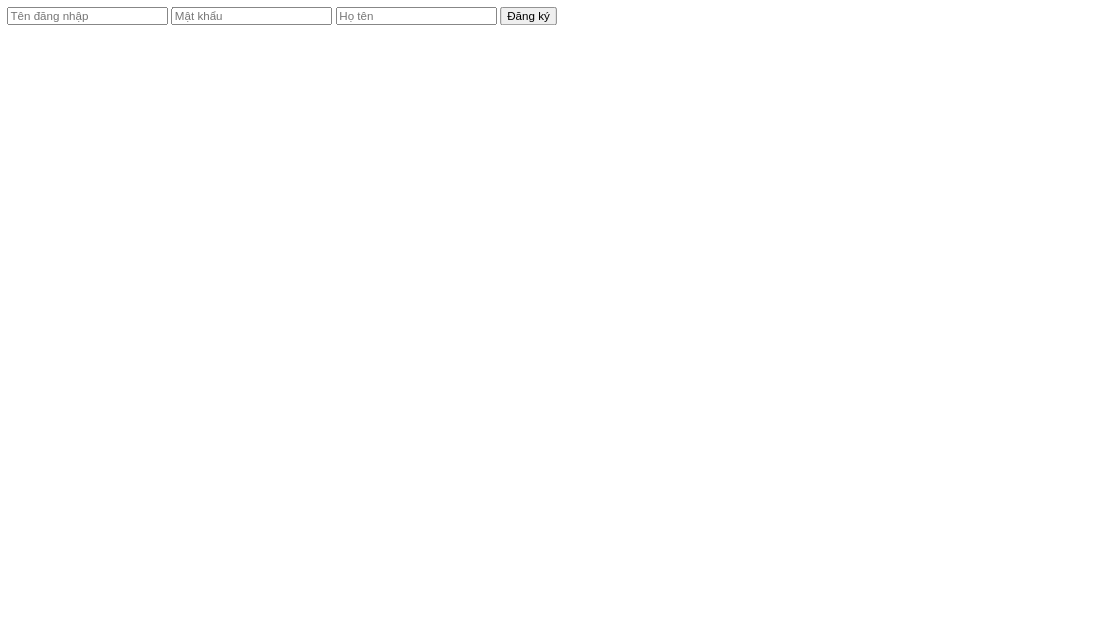
Repository: tuanloc782004/Plagiarism-Detection-System
Page: http://localhost/plagiarism-checker/register.jsp
An editor plug-in stored every save of this project. The page is shown before and after the next save, followed by the edit.
The browser window is 1280 px wide. The pictures show the whole page, at 87% of full size.
The page is served by Tomcat 9. Other server files are loaded and not shown.

Above is the page before, as saved 2025-05-26 08:12:55.

### plagiarism-checker/src/main/webapp/register.jsp
<%@ page language="java" contentType="text/html; charset=UTF-8"
	pageEncoding="UTF-8"%>
<!DOCTYPE html>
<html>
<head>
<meta charset="UTF-8">
<title>Insert title here</title>
</head>
<body>
	<form action="RegisterServlet" method="post">
		<input type="text" name="username" placeholder="Tên đăng nhập"
			required /> <input type="password" name="password"
			placeholder="Mật khẩu" required /> <input type="text"
			name="fullName" placeholder="Họ tên" required />
		<button type="submit">Đăng ký</button>
	</form>
	<c:if test="${not empty error}">
		<p style="color: red">${error}</p>
	</c:if>
</body>
</html>

Loaded but not shown: plagiarism-checker/src/main/webapp/assets/script.js (262 lines, source omitted); plagiarism-checker/src/main/webapp/assets/styles.css (1463 lines, source omitted)

After the next save:
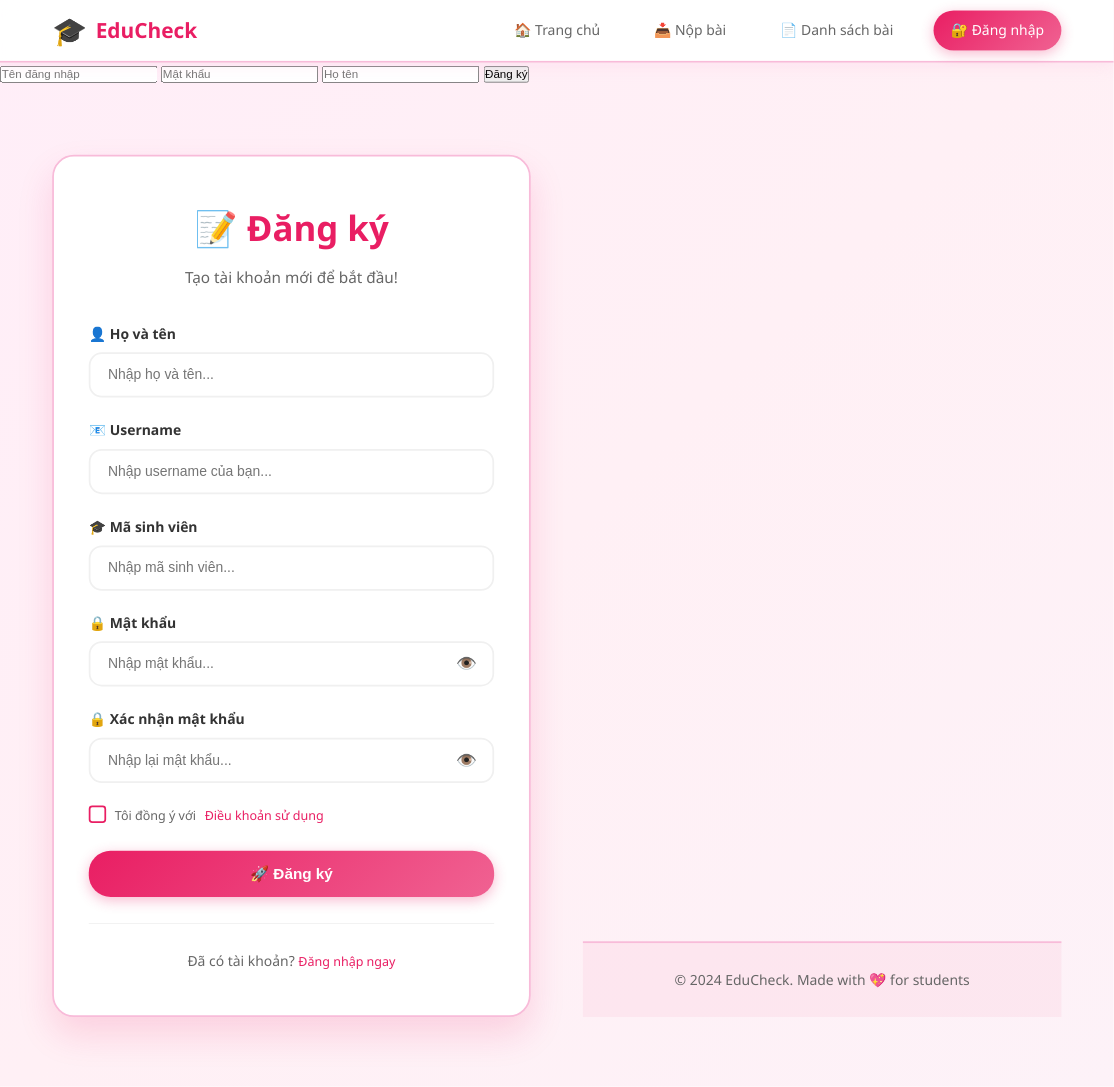
Saved 3 min 47 s later.
--- a/plagiarism-checker/src/main/webapp/register.jsp
+++ b/plagiarism-checker/src/main/webapp/register.jsp
@@ -1,12 +1,42 @@
 <%@ page language="java" contentType="text/html; charset=UTF-8"
 	pageEncoding="UTF-8"%>
+<%@ taglib uri="http://java.sun.com/jsp/jstl/core" prefix="c"%>
 <!DOCTYPE html>
 <html>
 <head>
 <meta charset="UTF-8">
-<title>Insert title here</title>
+<meta name="viewport" content="width=device-width, initial-scale=1.0">
+<title>EduCheck | Đăng ký</title>
+<link rel="stylesheet" href="assets/styles.css">
 </head>
 <body>
+	<nav class="navbar">
+		<div class="nav-container">
+			<div class="nav-logo">
+				<span class="logo-icon">🎓</span> <span class="logo-text">EduCheck</span>
+			</div>
+			<ul class="nav-menu" id="nav-menu">
+				<li><a href="home.jsp" class="nav-link">🏠 Trang chủ</a></li>
+				<li><a href="upload.jsp" class="nav-link">📥 Nộp bài</a></li>
+				<li><a href="essay_list.jsp" class="nav-link">📄 Danh sách
+						bài</a></li>
+				<c:choose>
+					<c:when test="${not empty sessionScope.user}">
+						<li><a href="LogoutServlet" class="nav-link logout-btn">🚪
+								Đăng xuất</a></li>
+					</c:when>
+					<c:otherwise>
+						<li><a href="login.jsp" class="nav-link login-btn">🔐
+								Đăng nhập</a></li>
+					</c:otherwise>
+				</c:choose>
+			</ul>
+			<div class="hamburger" id="hamburger">
+				<span></span> <span></span> <span></span>
+			</div>
+		</div>
+	</nav>
+
 	<form action="RegisterServlet" method="post">
 		<input type="text" name="username" placeholder="Tên đăng nhập"
 			required /> <input type="password" name="password"
@@ -17,5 +47,82 @@
 	<c:if test="${not empty error}">
 		<p style="color: red">${error}</p>
 	</c:if>
+
+	<main class="main-content">
+		<div class="auth-container">
+			<div class="auth-card">
+				<div class="auth-header">
+					<h1 class="auth-title">📝 Đăng ký</h1>
+					<p class="auth-subtitle">Tạo tài khoản mới để bắt đầu!</p>
+				</div>
+
+				<form class="auth-form" id="registerForm">
+					<div class="form-group">
+						<label for="fullName" class="form-label"> 👤 Họ và tên </label> <input
+							type="text" id="fullName" name="fullName" class="form-input"
+							placeholder="Nhập họ và tên..." required>
+					</div>
+
+					<div class="form-group">
+						<label for="username" class="form-label"> 📧 Username </label> <input
+							type="text" id="username" name="username" class="form-input"
+							placeholder="Nhập username của bạn..." required>
+					</div>
+
+					<div class="form-group">
+						<label for="studentId" class="form-label"> 🎓 Mã sinh viên
+						</label> <input type="text" id="studentId" name="studentId"
+							class="form-input" placeholder="Nhập mã sinh viên..." required>
+					</div>
+
+					<div class="form-group">
+						<label for="password" class="form-label"> 🔒 Mật khẩu </label>
+						<div class="password-input">
+							<input type="password" id="password" name="password"
+								class="form-input" placeholder="Nhập mật khẩu..." required>
+							<button type="button" class="password-toggle" id="passwordToggle">
+								👁️</button>
+						</div>
+					</div>
+
+					<div class="form-group">
+						<label for="confirmPassword" class="form-label"> 🔒 Xác
+							nhận mật khẩu </label>
+						<div class="password-input">
+							<input type="password" id="confirmPassword"
+								name="confirmPassword" class="form-input"
+								placeholder="Nhập lại mật khẩu..." required>
+							<button type="button" class="password-toggle"
+								id="confirmPasswordToggle">👁️</button>
+						</div>
+					</div>
+
+					<div class="form-options">
+						<label class="checkbox-label"> <input type="checkbox"
+							name="terms" required> <span class="checkbox-custom"></span>
+							Tôi đồng ý với <a href="#" class="auth-link">Điều khoản sử
+								dụng</a>
+						</label>
+					</div>
+
+					<button type="submit" class="btn btn-primary btn-large">
+						🚀 Đăng ký</button>
+				</form>
+
+				<div class="auth-footer">
+					<p>
+						Đã có tài khoản? <a href="login.html" class="auth-link">Đăng
+							nhập ngay</a>
+					</p>
+				</div>
+			</div>
+
+			<footer class="footer">
+				<div class="container">
+					<p>&copy; 2024 EduCheck. Made with 💖 for students</p>
+				</div>
+			</footer>
+
+			<script src="assets/script.js"></script>
 </body>
 </html>
